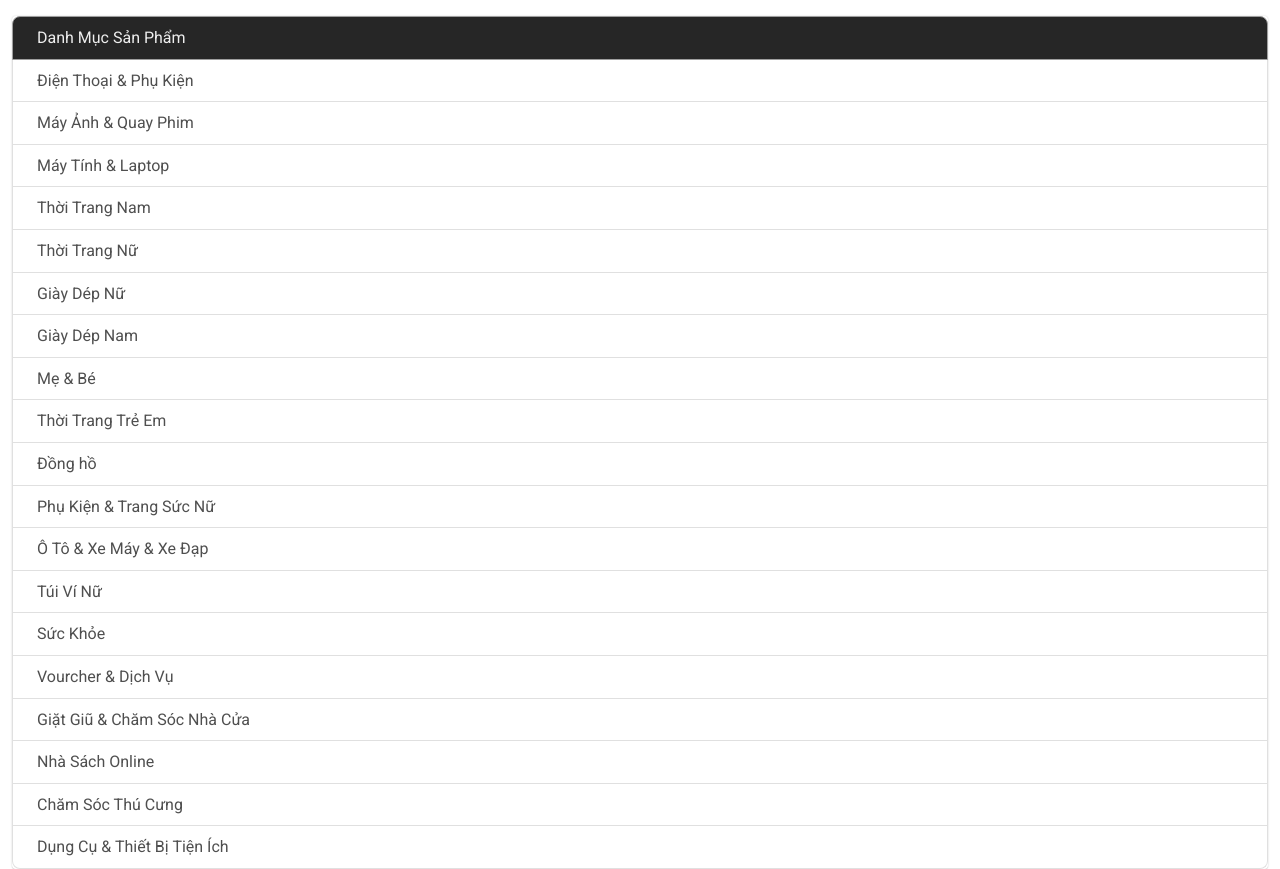
Repository: famtwendev/JSP_workspace
Page: http://localhost/Bai27_Bookstore14_Xacthuctaikhoan/menuleft.jsp
The author's editor kept a copy of each file at every save. The page is drawn from the files as they stood at one save, then again after the next save.
The browser window is 1280 px wide. The pictures show the whole page.
The page is served by Tomcat 9.

Above is the page before, as saved 2024-03-24 07:24:12.
Console error: SyntaxError: Cannot use import statement outside a module

After the next save:
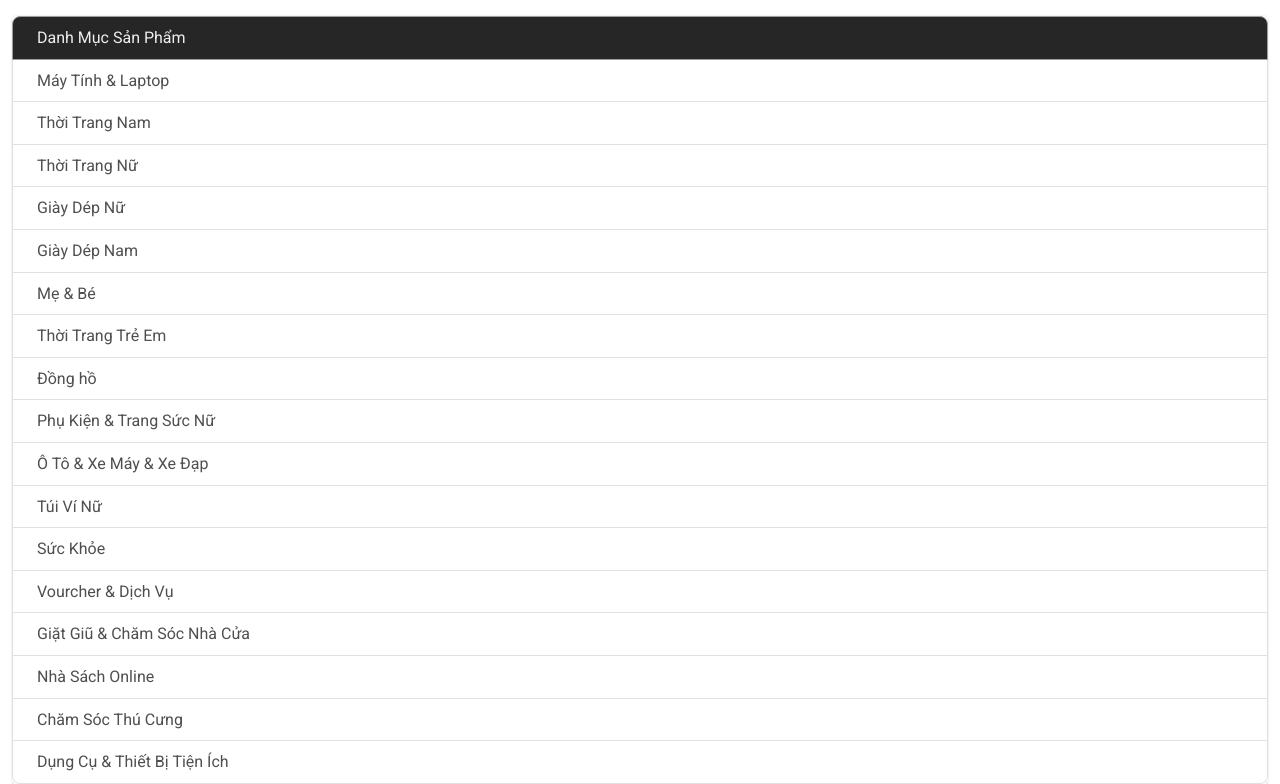
Saved 69 s later.
--- a/Bai27_Bookstore14_Xacthuctaikhoan/src/main/webapp/menuleft.jsp
+++ b/Bai27_Bookstore14_Xacthuctaikhoan/src/main/webapp/menuleft.jsp
@@ -22,9 +22,9 @@
 		<div class="bg-image hover-overlay shadow-1-strong rounded" data-mdb-ripple-init
 			data-mdb-ripple-color="light">
 			<div class="list-group">
-				<a href="#" class="list-group-item list-group-item-dark">Danh Mục Sản Phẩm</a>
-				<a href="#" class="list-group-item list-group-item-action">Điện Thoại & Phụ Kiện</a>
-				<a href="#" class="list-group-item list-group-item-action">Máy Ảnh & Quay Phim</a>
+				<a href="#" class="list-group-item list-group-item-dark" >Danh Mục Sản Phẩm</a>
+				<a href="#" class="list-group-item list-group-item-action mask" style="background-color: hsla(0, 0%, 98%, 0.2)">Điện Thoại & Phụ Kiện</a>
+				<a href="#" class="list-group-item list-group-item-action mask" style="background-color: hsla(0, 0%, 98%, 0.2)">Máy Ảnh & Quay Phim</a>
 				<a href="#" class="list-group-item list-group-item-action">Máy Tính & Laptop</a>
 				<a href="#" class="list-group-item list-group-item-action">Thời Trang Nam</a>
 				<a href="#" class="list-group-item list-group-item-action">Thời Trang Nữ</a>

After the save that followed:
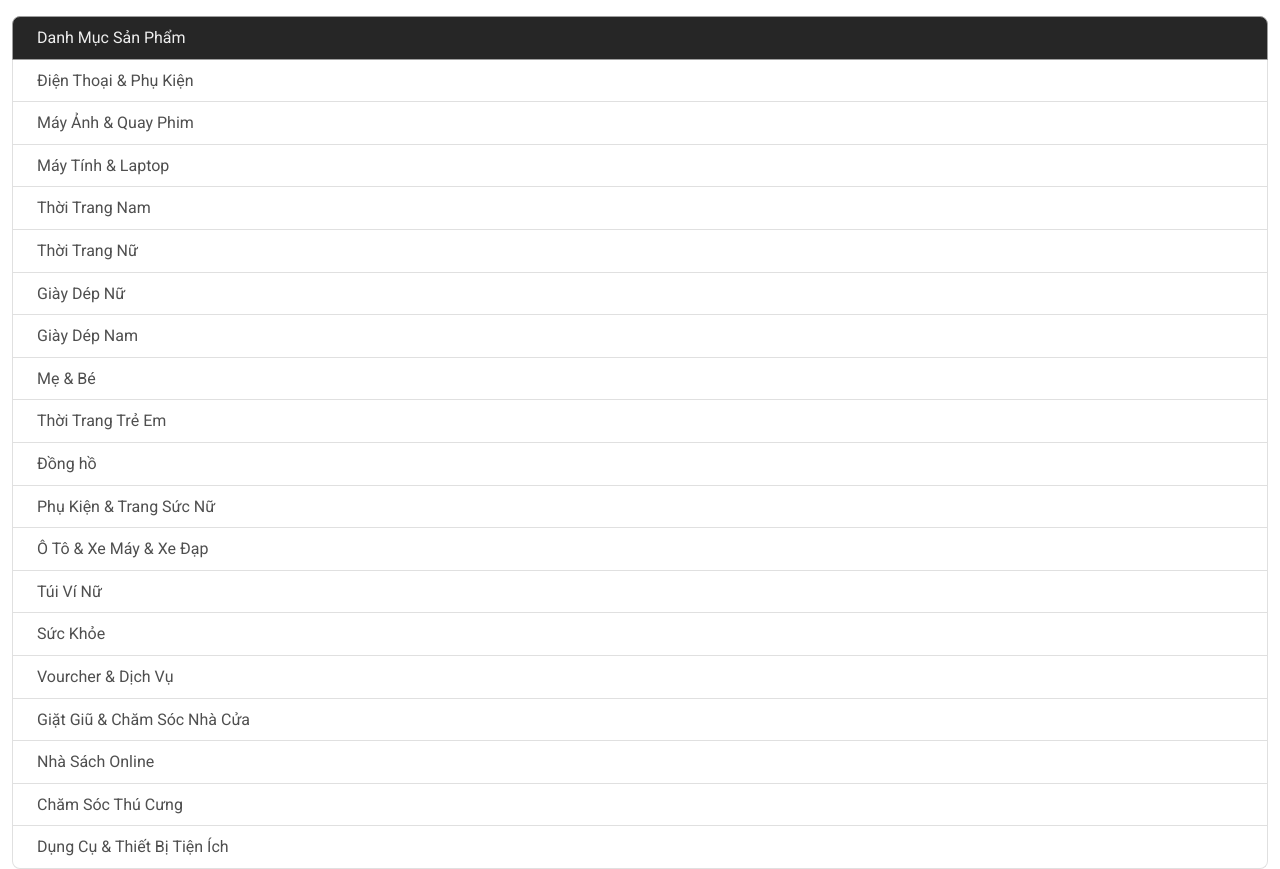
Saved 13 s later.
--- a/Bai27_Bookstore14_Xacthuctaikhoan/src/main/webapp/menuleft.jsp
+++ b/Bai27_Bookstore14_Xacthuctaikhoan/src/main/webapp/menuleft.jsp
@@ -19,32 +19,29 @@
 </head>
 <body>
 	<div class="container-fluid mt-3">
-		<div class="bg-image hover-overlay shadow-1-strong rounded" data-mdb-ripple-init
-			data-mdb-ripple-color="light">
-			<div class="list-group">
-				<a href="#" class="list-group-item list-group-item-dark" >Danh Mục Sản Phẩm</a>
-				<a href="#" class="list-group-item list-group-item-action mask" style="background-color: hsla(0, 0%, 98%, 0.2)">Điện Thoại & Phụ Kiện</a>
-				<a href="#" class="list-group-item list-group-item-action mask" style="background-color: hsla(0, 0%, 98%, 0.2)">Máy Ảnh & Quay Phim</a>
-				<a href="#" class="list-group-item list-group-item-action">Máy Tính & Laptop</a>
-				<a href="#" class="list-group-item list-group-item-action">Thời Trang Nam</a>
-				<a href="#" class="list-group-item list-group-item-action">Thời Trang Nữ</a>
-				<a href="#" class="list-group-item list-group-item-action">Giày Dép Nữ</a>
-				<a href="#" class="list-group-item list-group-item-action">Giày Dép Nam</a>
-				<a href="#" class="list-group-item list-group-item-action">Mẹ & Bé</a>
-				<a href="#" class="list-group-item list-group-item-action">Thời Trang Trẻ Em</a>
-				<a href="#" class="list-group-item list-group-item-action">Đồng hồ</a>
-				<a href="#" class="list-group-item list-group-item-action">Phụ Kiện & Trang Sức Nữ</a>
-				<a href="#" class="list-group-item list-group-item-action">Ô Tô & Xe Máy & Xe Đạp</a>
-				<a href="#" class="list-group-item list-group-item-action">Túi Ví Nữ</a>
-				<a href="#" class="list-group-item list-group-item-action">Sức Khỏe</a>
-				<a href="#" class="list-group-item list-group-item-action">Vourcher & Dịch Vụ</a>
-				<a href="#" class="list-group-item list-group-item-action">Giặt Giũ & Chăm Sóc Nhà
-					Cửa</a>
-				<a href="#" class="list-group-item list-group-item-action">Nhà Sách Online</a>
-				<a href="#" class="list-group-item list-group-item-action">Chăm Sóc Thú Cưng</a>
-				<a href="#" class="list-group-item list-group-item-action">Dụng Cụ & Thiết Bị Tiện
-					Ích</a>
-			</div>
+		<div class="list-group">
+			<a href="#" class="list-group-item list-group-item-dark">Danh Mục Sản Phẩm</a>
+			<a href="#" class="list-group-item list-group-item-action">Điện Thoại & Phụ Kiện</a>
+			<a href="#" class="list-group-item list-group-item-action">Máy Ảnh & Quay Phim</a>
+			<a href="#" class="list-group-item list-group-item-action">Máy Tính & Laptop</a>
+			<a href="#" class="list-group-item list-group-item-action">Thời Trang Nam</a>
+			<a href="#" class="list-group-item list-group-item-action">Thời Trang Nữ</a>
+			<a href="#" class="list-group-item list-group-item-action">Giày Dép Nữ</a>
+			<a href="#" class="list-group-item list-group-item-action">Giày Dép Nam</a>
+			<a href="#" class="list-group-item list-group-item-action">Mẹ & Bé</a>
+			<a href="#" class="list-group-item list-group-item-action">Thời Trang Trẻ Em</a>
+			<a href="#" class="list-group-item list-group-item-action">Đồng hồ</a>
+			<a href="#" class="list-group-item list-group-item-action">Phụ Kiện & Trang Sức Nữ</a>
+			<a href="#" class="list-group-item list-group-item-action">Ô Tô & Xe Máy & Xe Đạp</a>
+			<a href="#" class="list-group-item list-group-item-action">Túi Ví Nữ</a>
+			<a href="#" class="list-group-item list-group-item-action">Sức Khỏe</a>
+			<a href="#" class="list-group-item list-group-item-action">Vourcher & Dịch Vụ</a>
+			<a href="#" class="list-group-item list-group-item-action">Giặt Giũ & Chăm Sóc Nhà
+				Cửa</a>
+			<a href="#" class="list-group-item list-group-item-action">Nhà Sách Online</a>
+			<a href="#" class="list-group-item list-group-item-action">Chăm Sóc Thú Cưng</a>
+			<a href="#" class="list-group-item list-group-item-action">Dụng Cụ & Thiết Bị Tiện
+				Ích</a>
 		</div>
 	</div>
 	<!-- Navbar -->
